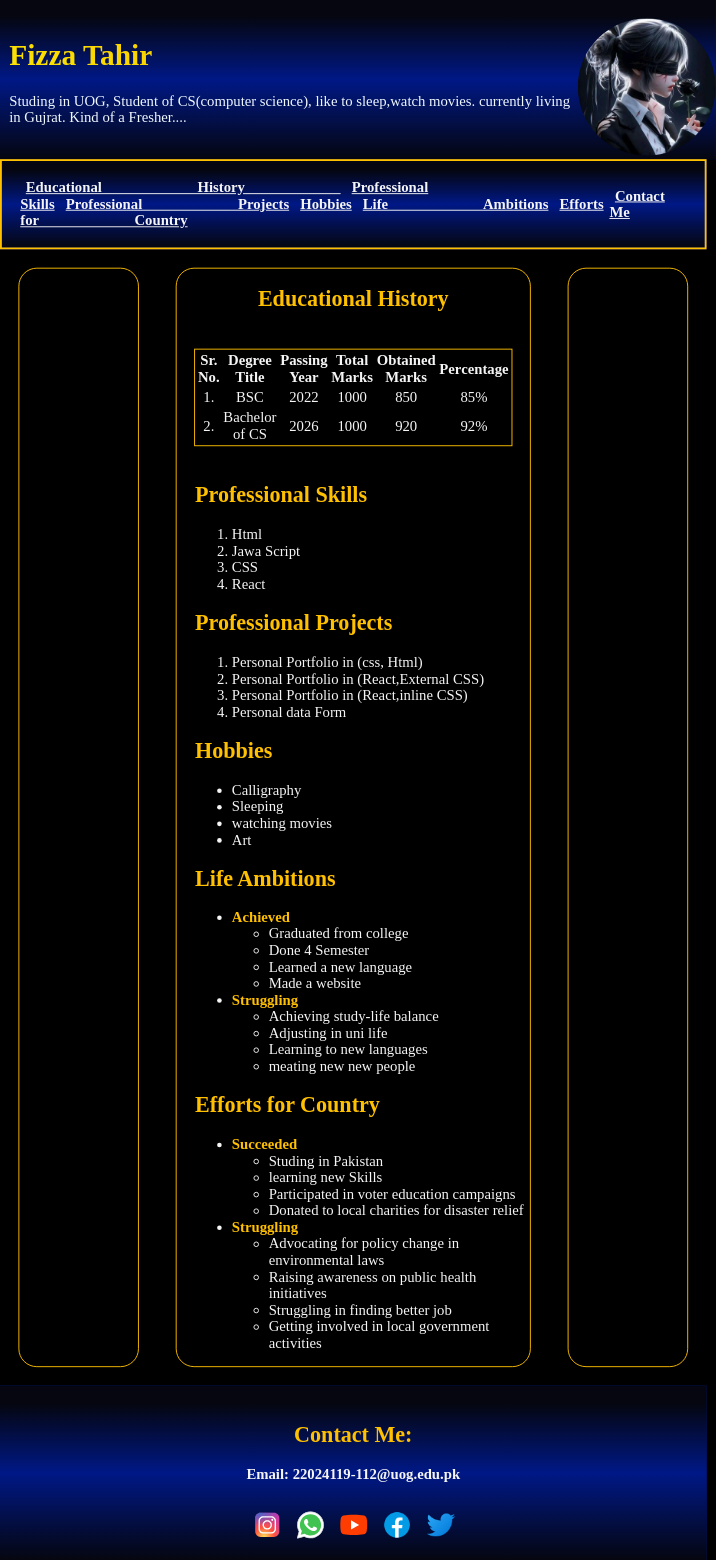
Repository: Fizza-112/project
Page: /
An editor plug-in stored every save of this project. The page is shown before and after the next save, followed by the edit.
The browser window is 768 px wide. The page is 778 px wide, so the pictures cover 778 px, including what lies to the right of the window. The pictures show the whole page, at 92% of full size.
The project was rebuilt for these pictures with package versions that can differ from the ones it lists, and the page was loaded fresh each time. Also part of the build but not shown: vite.config.ts.

Above is the page before, as saved 2024-09-18 13:29:50.

After the next save:
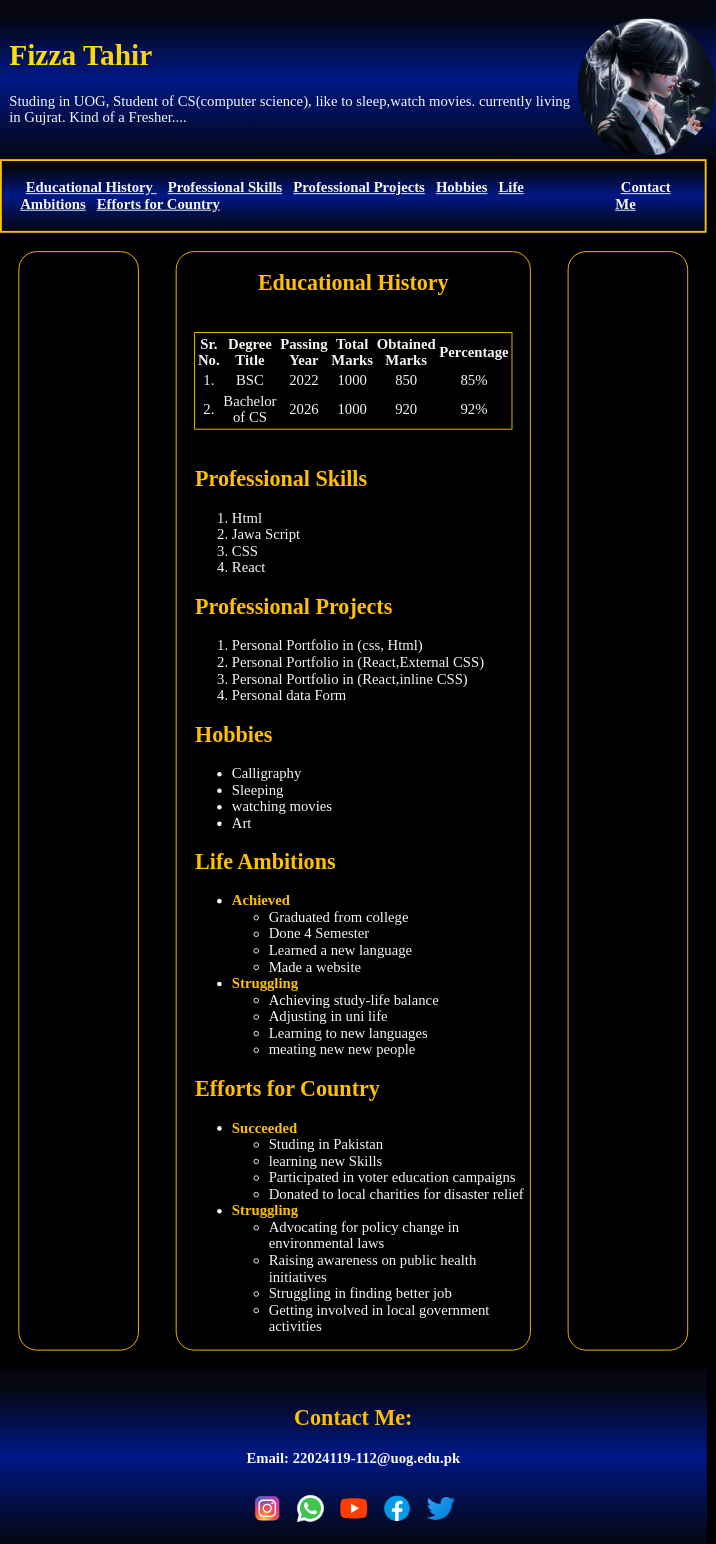
Saved 12 s later.
--- a/src/App.css
+++ b/src/App.css
@@ -79,7 +79,7 @@ padding-left: 10px;
    /* background-color: #001886;
    background-image: linear-gradient(43deg, #001886 0%, #05060f 46%, #001886  100%);  */
   border: 2px solid #ffc000;
-  word-spacing: 100px !important;
+
 }
 }
 .div{
